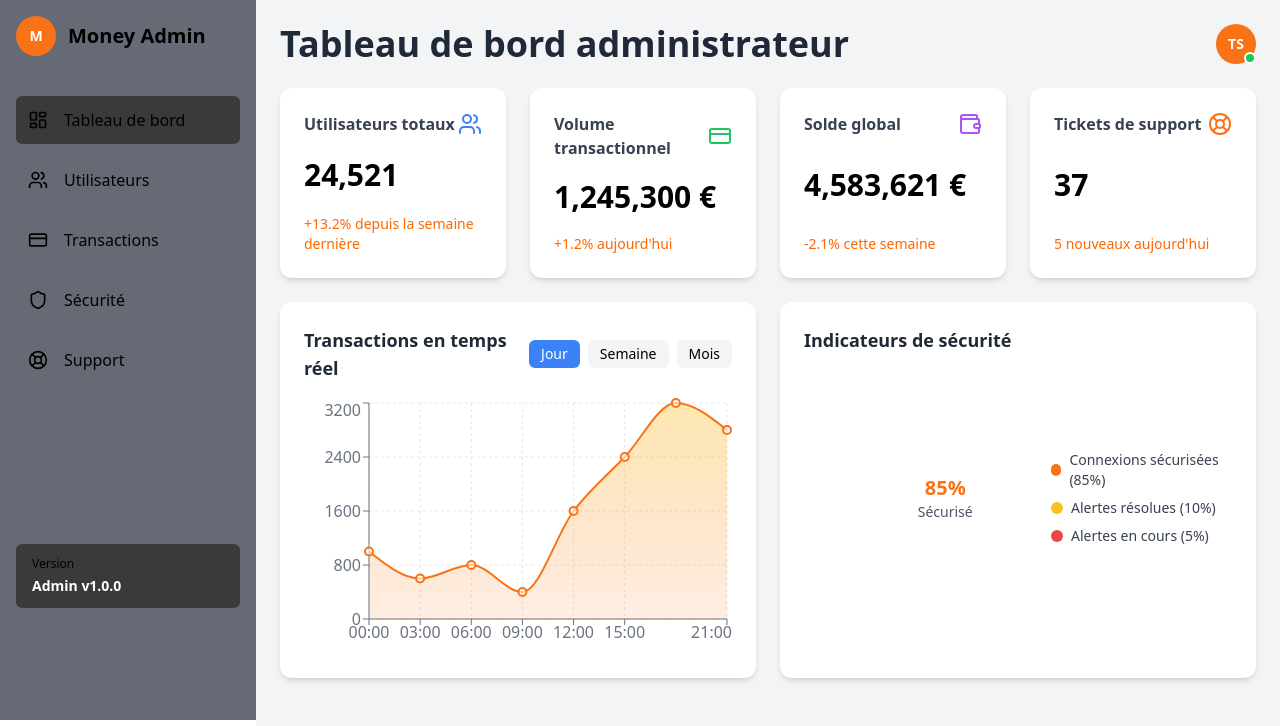
Repository: Edongo999/Dashboard
Page: /
The author's editor kept a copy of each file at every save. The page is drawn from the files as they stood at one save, then again after the next save.
The browser window is 1280 px wide. The pictures show the whole page.
The project was rebuilt for these pictures with package versions that can differ from the ones it lists, and the page was loaded fresh each time. Also part of the build but not shown: vite.config.ts.

Above is the page before, as saved 2025-10-13 15:08:56.

After the next save:
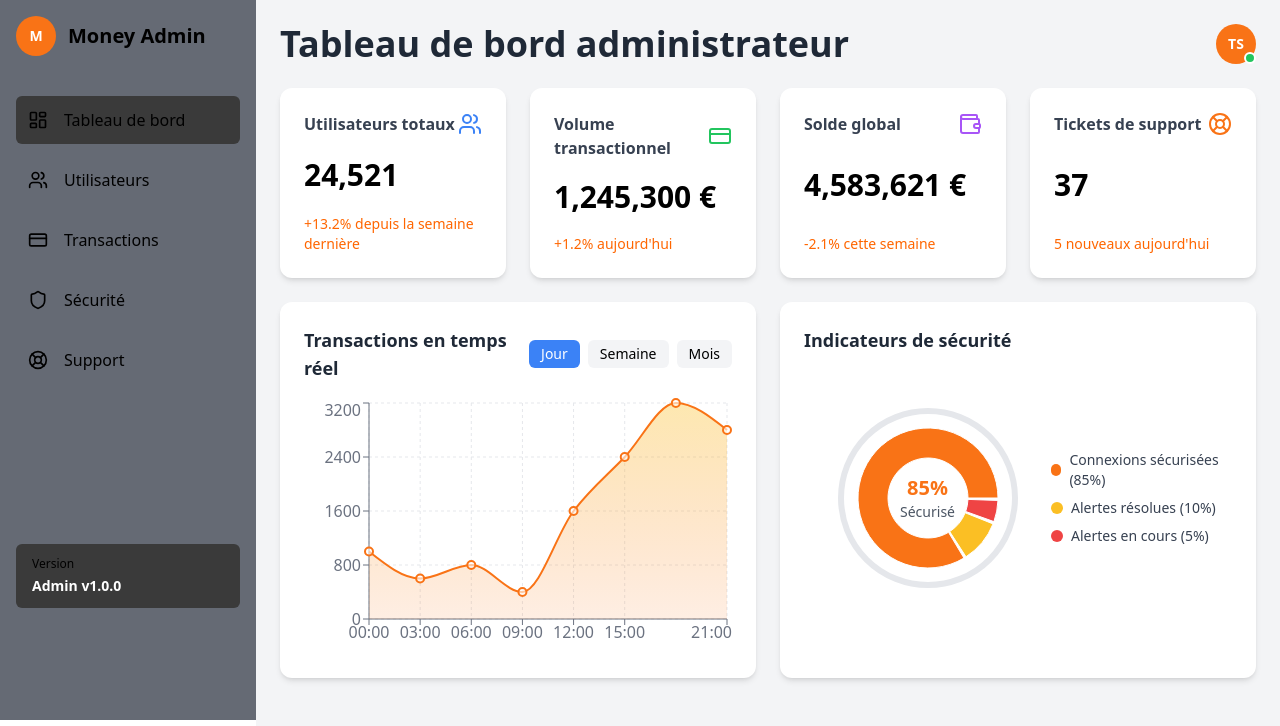
Saved 79 s later.
--- a/src/components/SecurityIndicators.tsx
+++ b/src/components/SecurityIndicators.tsx
@@ -25,28 +25,32 @@ const SecurityIndicators = () => {
       <h2 className="text-lg font-semibold text-gray-800 mb-4">Indicateurs de sécurité</h2>
 
       <div className="flex items-center justify-between h-64 relative">
-        {/* Donut chart */}
-        <div className="w-2/3">
-          <ResponsiveContainer width="100%" height="100%">
-            <PieChart>
-              <Pie
-                data={data}
-                dataKey="value"
-                innerRadius={60}
-                outerRadius={80}
-                paddingAngle={2}
-              >
-                {data.map((entry, index) => (
-                  <Cell key={`cell-${index}`} fill={COLORS[index % COLORS.length]} />
-                ))}
-              </Pie>
-            </PieChart>
-          </ResponsiveContainer>
+        {/* Cercle externe + donut */}
+        <div className="w-2/3 flex items-center justify-center relative">
+          <div className="w-[180px] h-[180px] rounded-full border-[6px] border-gray-200 flex items-center justify-center">
+            <div className="w-[140px] h-[140px]">
+              <ResponsiveContainer width="100%" height="100%">
+                <PieChart>
+                  <Pie
+                    data={data}
+                    dataKey="value"
+                    innerRadius={40}
+                    outerRadius={70}
+                    paddingAngle={2}
+                  >
+                    {data.map((entry, index) => (
+                      <Cell key={`cell-${index}`} fill={COLORS[index % COLORS.length]} />
+                    ))}
+                  </Pie>
+                </PieChart>
+              </ResponsiveContainer>
+            </div>
 
-          {/* Texte centré */}
-          <div className="absolute top-1/2 left-[33%] transform -translate-x-1/2 -translate-y-1/2 text-center">
-            <p className="text-xl font-bold text-orange-500">85%</p>
-            <p className="text-sm text-gray-600">Sécurisé</p>
+            {/* Texte centré */}
+            <div className="absolute text-center">
+              <p className="text-xl font-bold text-orange-500">85%</p>
+              <p className="text-sm text-gray-600">Sécurisé</p>
+            </div>
           </div>
         </div>
 
